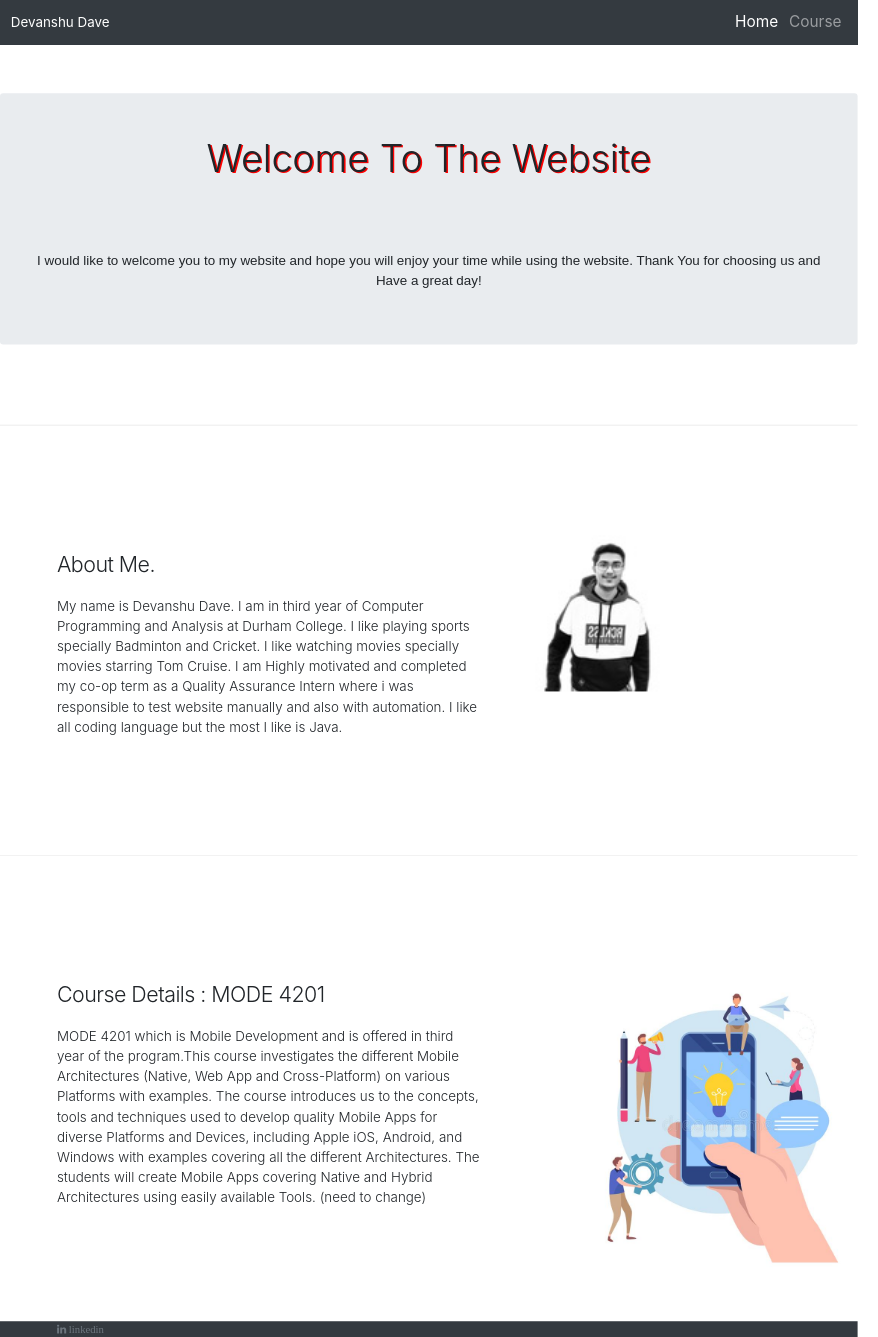
Repository: devanshudave1901/Mobile-Dev-Website
Page: index.html
The author's editor kept a copy of each file at every save. The page is drawn from the files as they stood at one save, then again after a run of saves.
The browser window is 1280 px wide. The page is 1310 px wide, so the pictures cover 1310 px, including what lies to the right of the window. The pictures show the whole page, at 67% of full size.
Some web libraries are served in a nearby version.

Above is the page before, as saved 2022-10-05 01:44:44.

### index.html
<!DOCTYPE html>
<html lang="en">
  <head>
    <meta charset="UTF-8" />
    <meta http-equiv="X-UA-Compatible" content="IE=edge" />
    <meta name="viewport" content="width=device-width, initial-scale=1.0" />
    <link
      rel="stylesheet"
      href="https://cdn.jsdelivr.net/npm/bootstrap@4.0.0/dist/css/bootstrap.min.css"
      integrity="sha384-Gn5384xqQ1aoWXA+058RXPxPg6fy4IWvTNh0E263XmFcJlSAwiGgFAW/dAiS6JXm"
      crossorigin="anonymous"
    />
    <link
      href="https://maxcdn.bootstrapcdn.com/font-awesome/4.2.0/css/font-awesome.min.css"
      rel="stylesheet"
    />

    <style>
      .navbar-nav {
        margin-left: auto;
        font-size: 23px;
      }
      .welcomeHeading {
        text-shadow: 2px 2px red;
        text-align: center;
      }
      .welcomeText {
        text-align: center;
        font-family: "Sofia", sans-serif;
      }
      .featurette-heading {
        font-weight: 300;
        line-height: 1;
        letter-spacing: -0.05rem;
        margin-top: 20%;
      }
      .profileIamge {
        width: 250px;

        left: 300px;
      }
      .mobileDevProfile {
        margin-top: 10%;
        left: 100px;
      }
    </style>
    <script
      src="https://code.jquery.com/jquery-3.2.1.slim.min.js"
      integrity="sha384-KJ3o2DKtIkvYIK3UENzmM7KCkRr/rE9/Qpg6aAZGJwFDMVNA/GpGFF93hXpG5KkN"
      crossorigin="anonymous"
    ></script>
    <script
      src="https://cdn.jsdelivr.net/npm/popper.js@1.12.9/dist/umd/popper.min.js"
      integrity="sha384-ApNbgh9B+Y1QKtv3Rn7W3mgPxhU9K/ScQsAP7hUibX39j7fakFPskvXusvfa0b4Q"
      crossorigin="anonymous"
    ></script>
    <script
      src="https://cdn.jsdelivr.net/npm/bootstrap@4.0.0/dist/js/bootstrap.min.js"
      integrity="sha384-JZR6Spejh4U02d8jOt6vLEHfe/JQGiRRSQQxSfFWpi1MquVdAyjUar5+76PVCmYl"
      crossorigin="anonymous"
    ></script>
    <title>Mobile Development - Lab 2</title>
  </head>
  <body>
    <nav class="navbar sticky-top navbar-expand-lg navbar-dark bg-dark">
      <a class="navbar-brand" href="#">Devanshu Dave</a>

      <div class="collapse navbar-collapse" id="navbarNavDropdown">
        <ul class="navbar-nav" mr-auto>
          <li class="nav-item active">
            <a class="nav-link" href="./index.html"
              >Home <span class="sr-only">(current)</span></a
            >
          </li>
          <li class="nav-item">
            <a class="nav-link" href="./course.html">Course</a>
          </li>
        </ul>
      </div>
    </nav>
    <br />
    <br />
    <br />
    <div class="jumbotron">
      <h1 class="display-4 welcomeHeading">Welcome To The Website</h1>
      <br />
      <br />
      <br />
      <br />
      <p class="lead welcomeText">
        I would like to welcome you to my website and hope you will enjoy your
        time while using the website. Thank You for choosing us and Have a great
        day!
      </p>
    </div>
    <br />
    <br />
    <br />
    <hr />
    <div class="container marketing">
      <br />
      <br />
      <div class="row featurette">
        <div class="col-md-7">
          <h2 class="featurette-heading">About Me.</h2>
          <br />
          <p class="lead">
            My name is Devanshu Dave. I am in third year of Computer Programming
            and Analysis at Durham College. I like playing sports specially
            Badminton and Cricket. I like watching movies specially movies
            starring Tom Cruise. I am Highly motivated and completed my co-op
            term as a Quality Assurance Intern where i was responsible to test
            website manually and also with automation. I like all coding
            language but the most I like is Java.
          </p>
        </div>
        <div class="col-md-5">
          <img
            class="featurette-image img-fluid profileIamge"
            src="./image/devProfile.JPG"
          />
        </div>
      </div>
      <br />
      <br />
      <br />
    </div>
    <br />
    <br />
    <br />
    <hr />
    <div class="container marketing">
      <br />
      <br />
      <div class="row featurette">
        <div class="col-md-7">
          <h2 class="featurette-heading">Course Details : MODE 4201</h2>
          <br />
          <p class="lead">
            MODE 4201 which is Mobile Development and is offered in third year
            of the program.This course investigates the different Mobile
            Architectures (Native, Web App and Cross-Platform) on various
            Platforms with examples. The course introduces us to the concepts,
            tools and techniques used to develop quality Mobile Apps for diverse
            Platforms and Devices, including Apple iOS, Android, and Windows
            with examples covering all the different Architectures. The students
            will create Mobile Apps covering Native and Hybrid Architectures
            using easily available Tools. (need to change)
          </p>
        </div>
        <div class="col-md-5 mobileDevProfile">
          <img class="featurette-image img-fluid" src="./image/mobileDev.jpg" />
        </div>
      </div>
      <br />
      <br />
      <br />
    </div>

    <footer class="footer bg-dark">
      <div class="container">
        <i class="fa fa-brands fa-linkedin text-muted"> linkedin</i>

        <!-- <a class="nav-link" href="./course.html">linkedin</a> -->
      </div>
    </footer>
  </body>
</html>

After the next 2 saves:
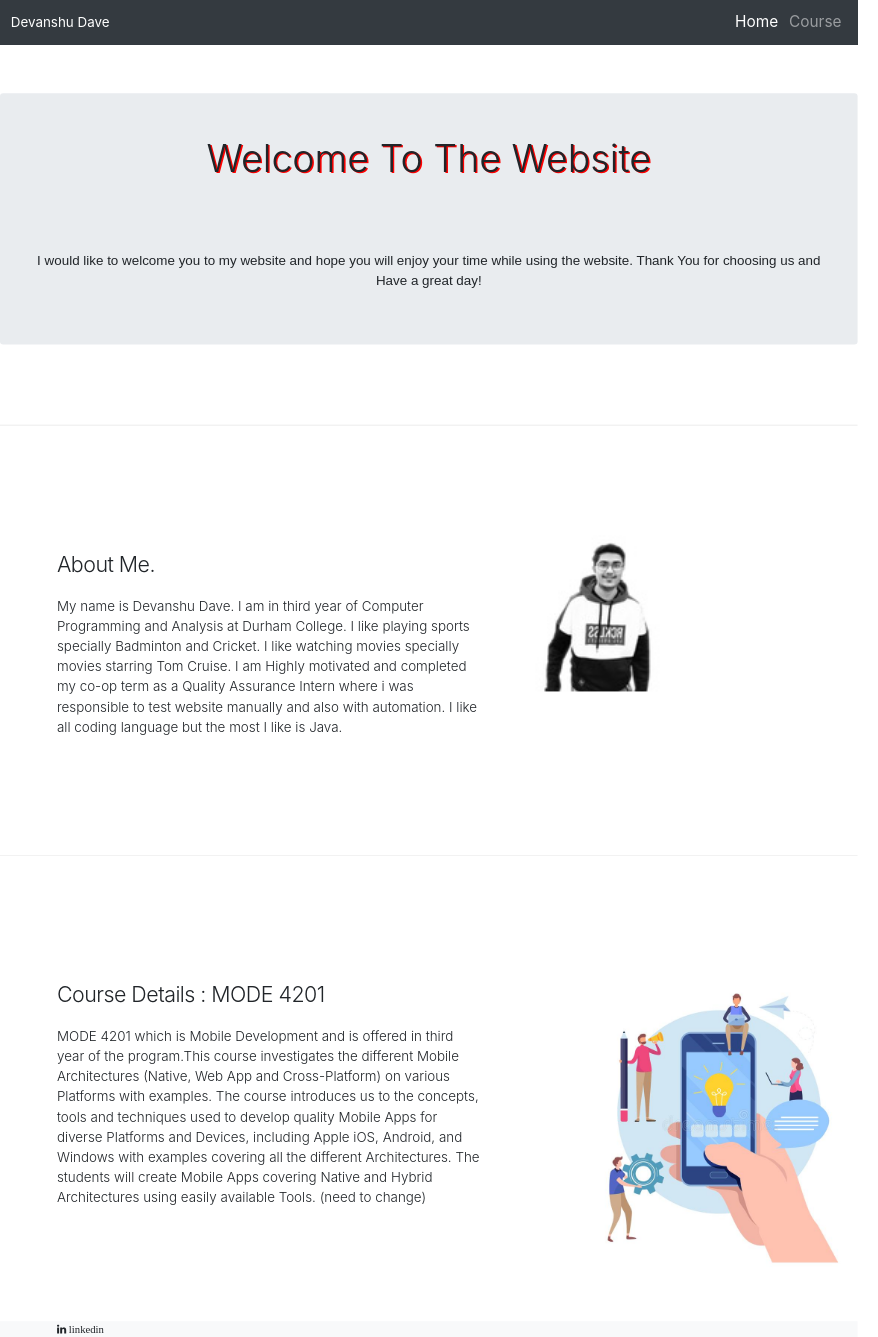
The 2 saves are shown as one change because they came seconds apart.
The last was saved 9 s later.
--- a/index.html
+++ b/index.html
@@ -157,9 +157,9 @@
       <br />
     </div>
 
-    <footer class="footer bg-dark">
+    <footer class="footer bg-light">
       <div class="container">
-        <i class="fa fa-brands fa-linkedin text-muted"> linkedin</i>
+        <i class="fa fa-brands fa-linkedin"> linkedin</i>
 
         <!-- <a class="nav-link" href="./course.html">linkedin</a> -->
       </div>
